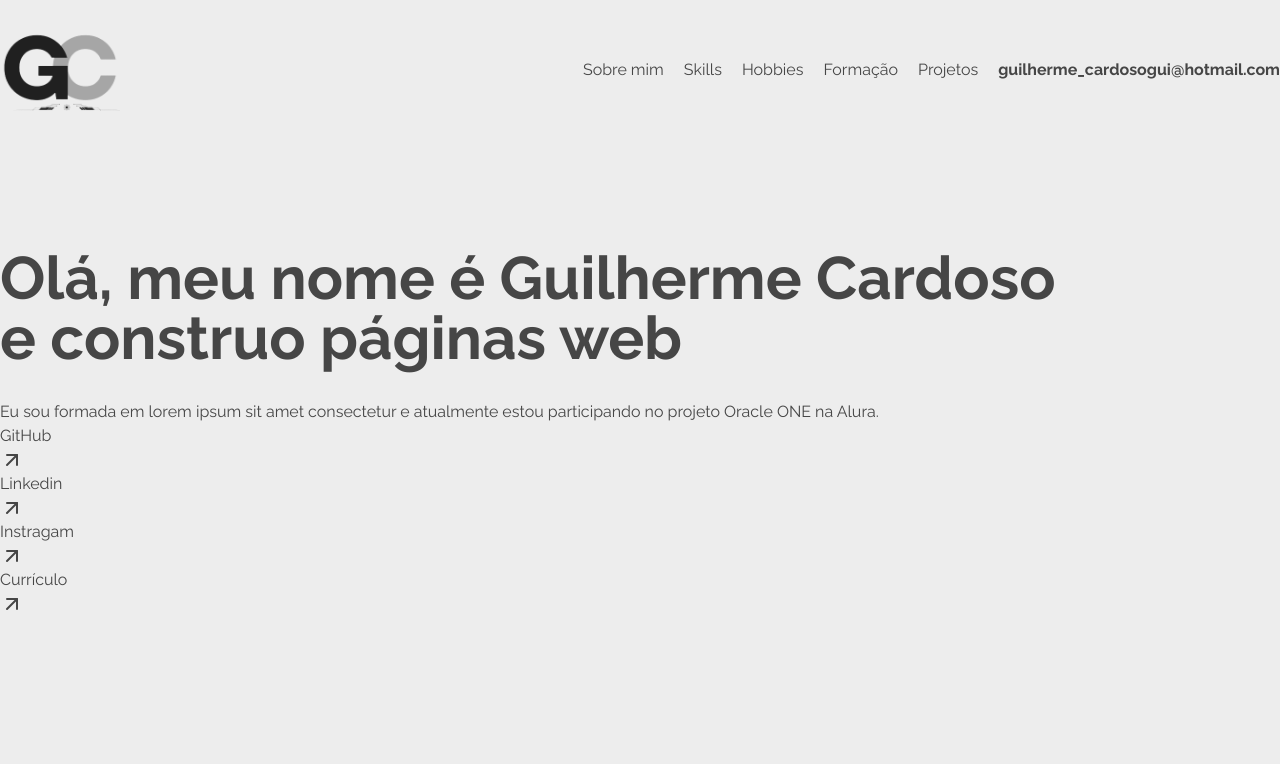
Repository: guilhermecardoso93/portfolio-alura-desafio
Page: /
The author's editor kept a copy of each file at every save. The page is drawn from the files as they stood at one save, then again after the next save.
The browser window is 1280 px wide. The pictures show the whole page.
The project was rebuilt for these pictures with package versions that can differ from the ones it lists, and the page was loaded fresh each time. Also part of the build but not shown: vite.config.js.

Above is the page before, as saved 2024-04-06 20:08:27.

After the next save:
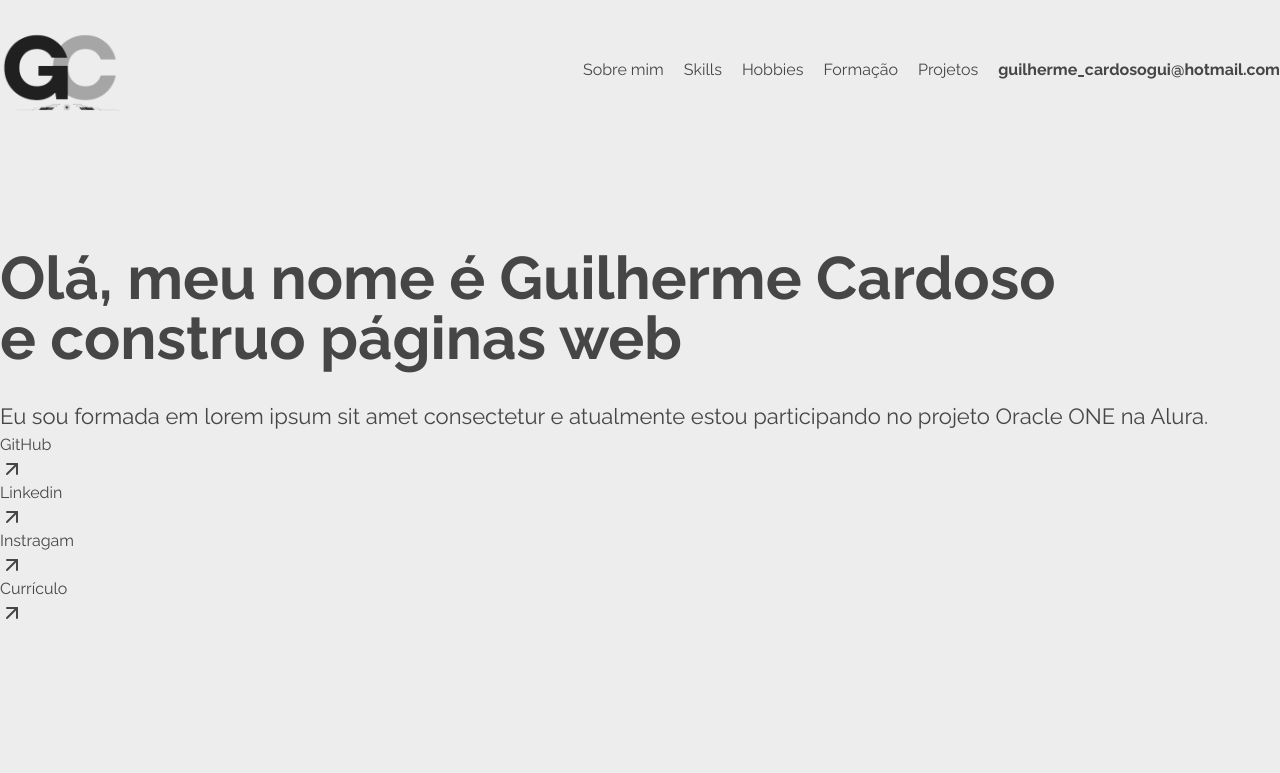
Saved 12 s later.
--- a/src/components/hero.jsx
+++ b/src/components/hero.jsx
@@ -7,7 +7,7 @@
         Olá, meu nome é Guilherme Cardoso
         <br /> e construo páginas web
       </h1>
-      <span className='font-normal'>
+      <span className='font-normal text-[22px]'>
         Eu sou formada em lorem ipsum sit amet consectetur e atualmente estou
         participando no projeto Oracle ONE na Alura.
       </span>
